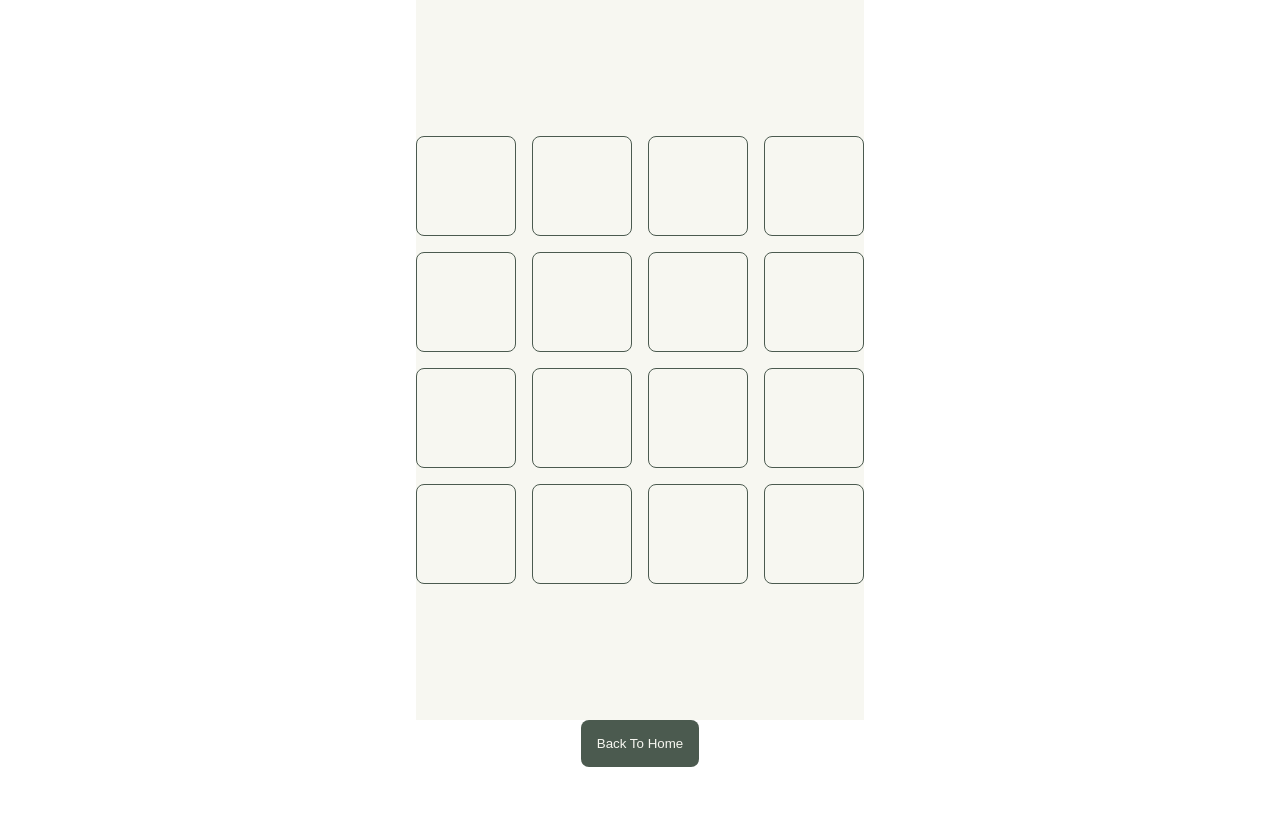
Repository: Oyasikelly/backgroundremover
Page: /SavedImages
These files come from the project's save history. The page is drawn as it stood at one moment and after the next save; the edit follows.
The browser window is 1280 px wide. The pictures show the whole page.
Some web libraries are served in a nearby version. The project was rebuilt for these pictures with package versions that can differ from the ones it lists, and the page was loaded fresh each time. Also part of the build but not shown: vite.config.js, src/Components/Header.jsx, src/Components/importImage.jsx, src/Components/Loading.jsx, src/Menu.jsx, src/Components/Remover.jsx.

Above is the page before, as saved 2024-12-18 13:53:20.

After the next save:
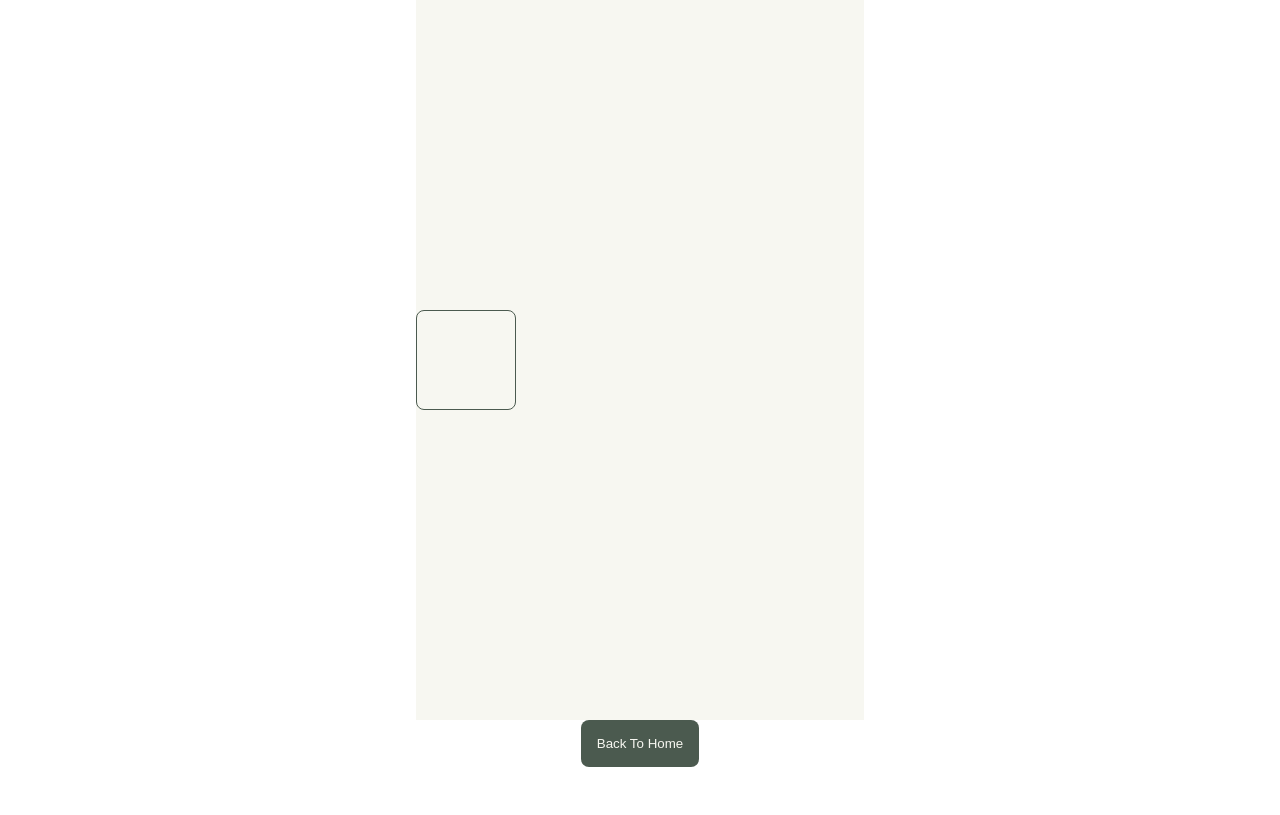
Saved 38 min 4 s later.
--- a/src/Components/SavedImages.jsx
+++ b/src/Components/SavedImages.jsx
@@ -5,21 +5,8 @@ export default function SavedImages() {
     <div className="Wrap_savedImages">
       <div className="saved_images">
         <div></div>
-        <div></div>
-        <div></div>
-        <div></div>
-        <div></div>
-        <div></div>
-        <div></div>
-        <div></div>
-        <div></div>
-        <div></div>
-        <div></div>
-        <div></div>
-        <div></div>
-        <div></div>
-        <div></div>
-        <div></div>
+
+
       </div>
       <NavLink to="/">
         <button>Back To Home</button>
